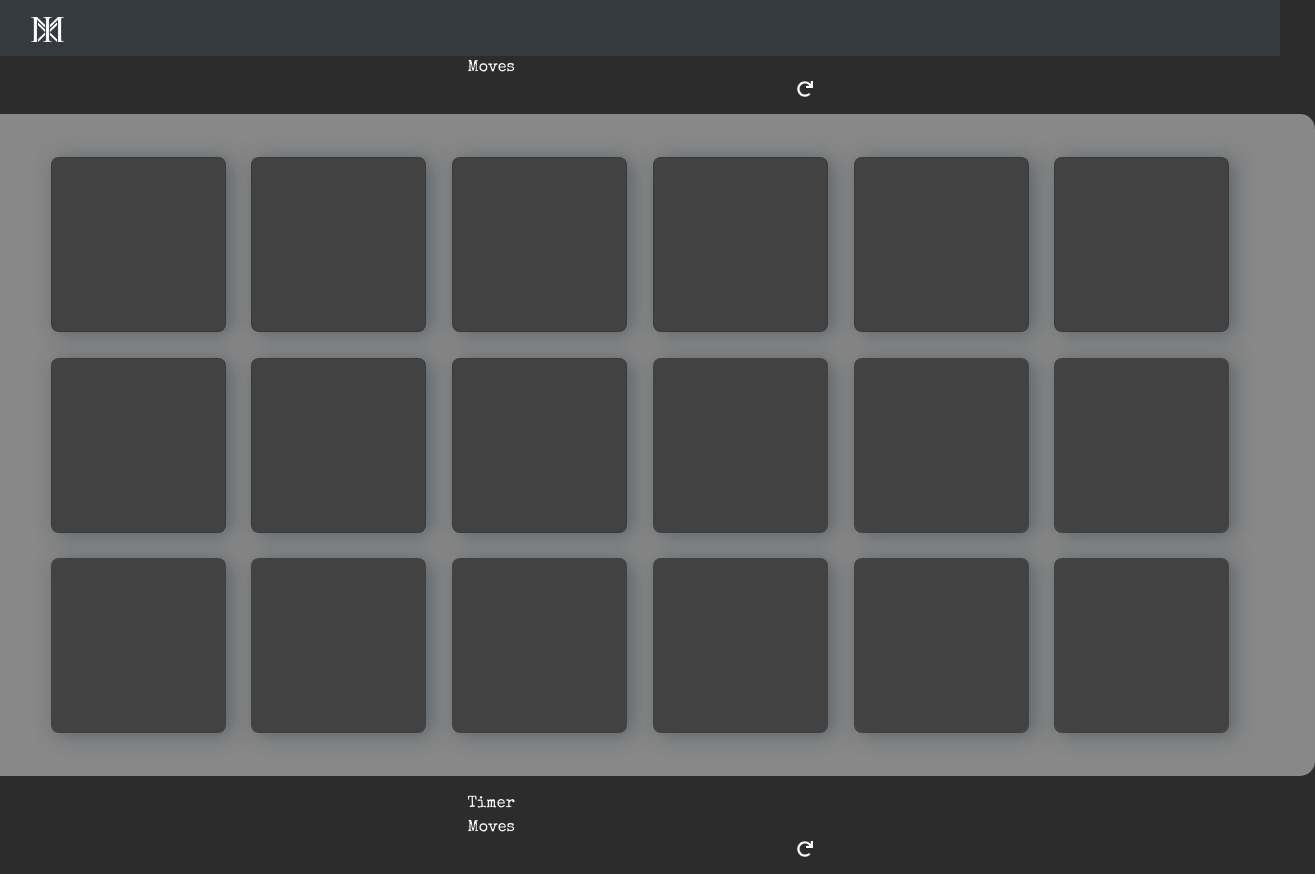
Repository: Code-Institute-Submissions/Milestone-25
Page: game.html
The author's editor kept a record of every edit. The page is drawn from the files as they stood at one moment, then again after the next edit.
The browser window is 1280 px wide. The page is 1315 px wide, so the pictures cover 1315 px, including what lies to the right of the window. The pictures show the whole page.
Some web libraries are served in a nearby version.

Above is the page before.

After the next edit:
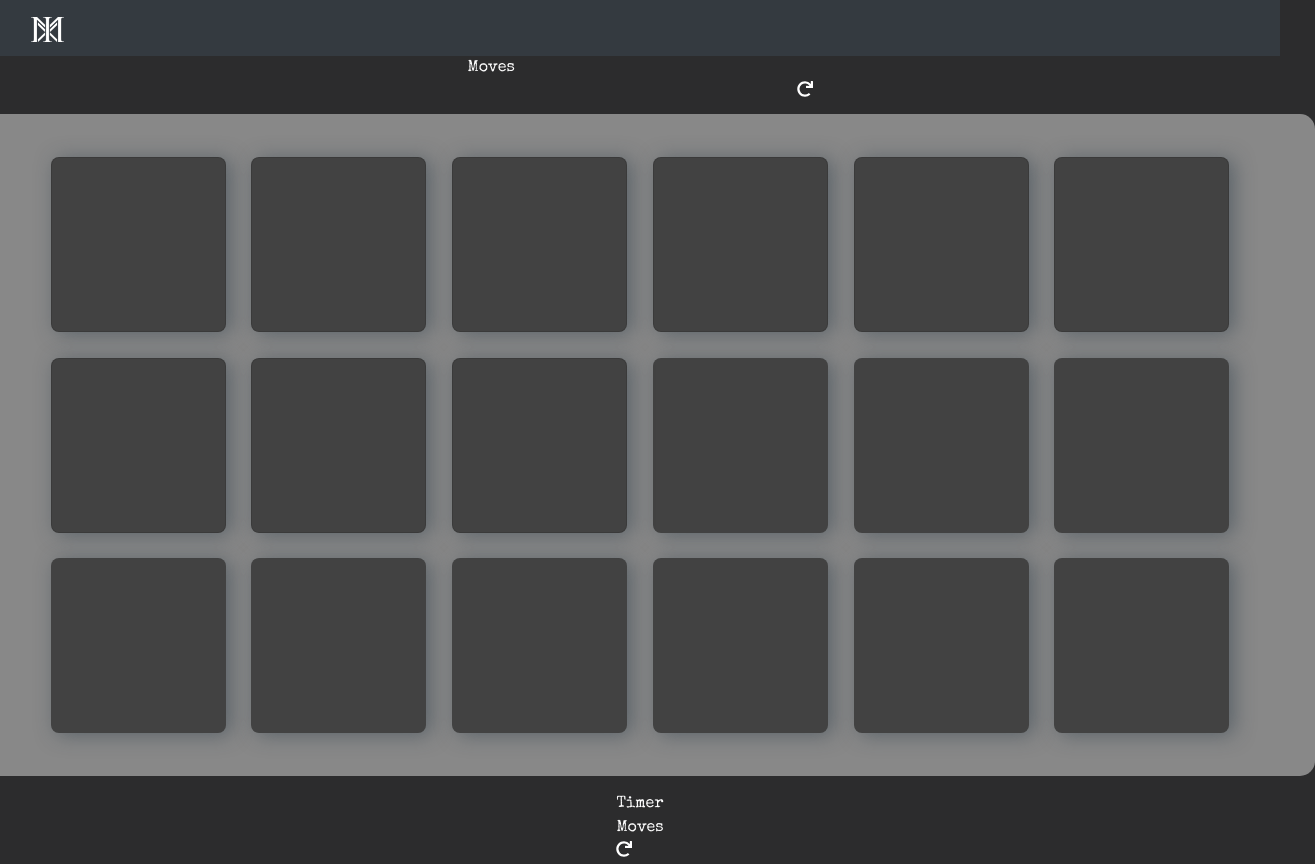
The edit:
--- a/game.html
+++ b/game.html
@@ -95,7 +95,7 @@
 </div>
 <div class="container padding game-container">
   <!-- section for timer -->
-  <section class="requirements">
+  <section class="requirements-timer">
     <div class="timer">Timer</div>
     <div class="moves">Moves</div>
     <div class="restart"><i class="fas fa-redo"></i></div>
